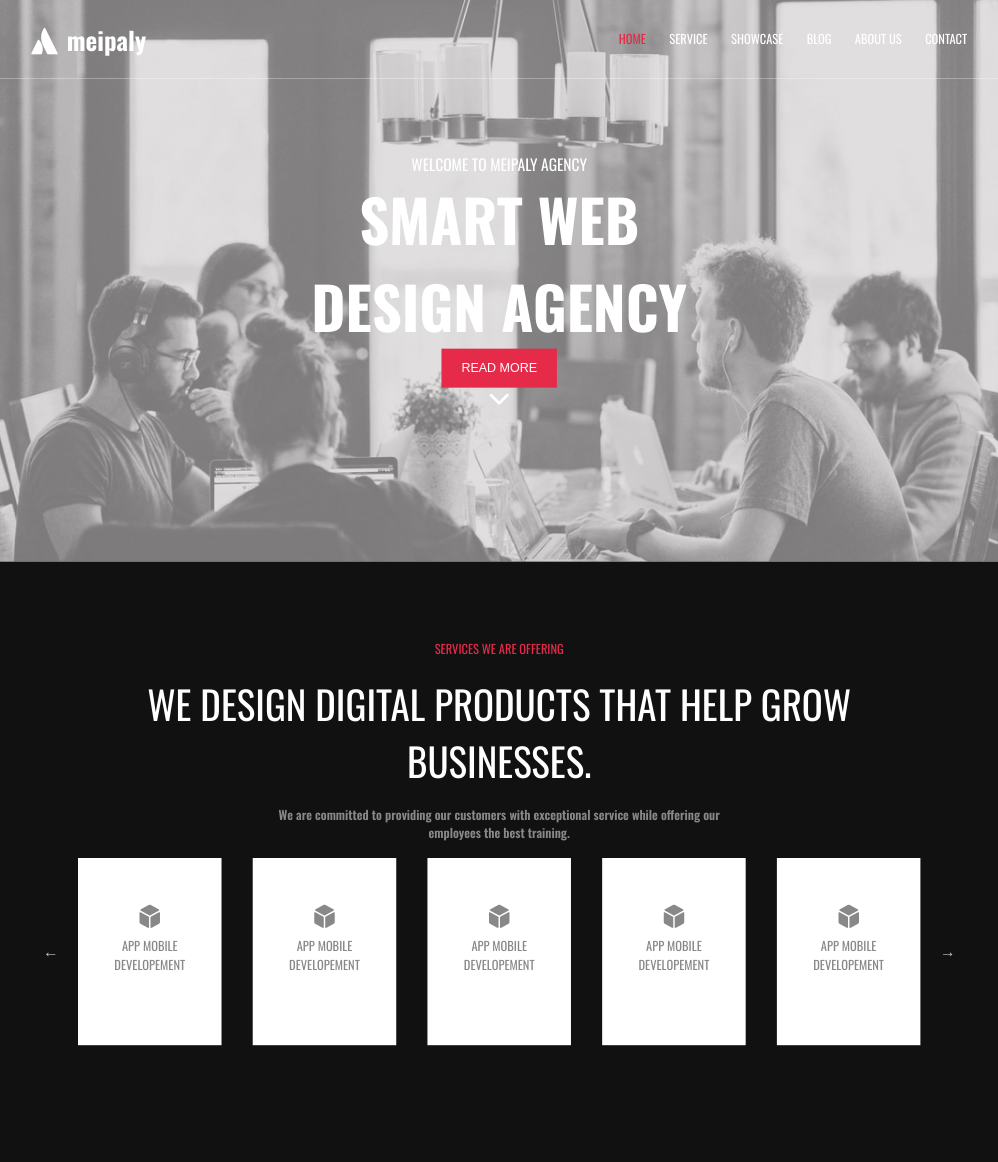
Repository: trminhphuc1504/meipaly
Page: meipaly.html
An editor plug-in stored every save of this project. The page is shown before and after the next save, followed by the edit.
The browser window is 1280 px wide. The pictures show the whole page, at 78% of full size.
Some web fonts or font styles are not loaded; a fallback is used. Some web libraries are served in a nearby version.

Above is the page before, as saved 2024-08-19 19:31:06.

### meipaly.html
<!DOCTYPE html>
<html lang="en">
  <head>
    <meta charset="UTF-8" />
    <meta name="viewport" content="width=device-width, initial-scale=1.0" />

    <!-- Font Awesome -->
    <link
      rel="stylesheet"
      href="https://cdnjs.cloudflare.com/ajax/libs/font-awesome/6.6.0/css/all.min.css"
    />

    <!-- Google font -->
    <link rel="preconnect" href="https://fonts.googleapis.com" />
    <link rel="preconnect" href="https://fonts.gstatic.com" crossorigin />
    <link
      href="https://fonts.googleapis.com/css2?family=Oswald:wght@200..700&display=swap"
      rel="stylesheet"
    />

    <!-- Slick CSS -->
    <link rel="stylesheet" href="./lib/slick/slick.css" />

    <!-- Slick CSS Theme -->
    <!-- Ko bắt buộc -->
    <link rel="stylesheet" href="./lib/slick/slick-theme.css" />

    <link rel="stylesheet" href="./css/meipaly.css" />
    <title>Meipaly</title>
  </head>
  <body>
    <!-- header -->
    <section id="header">
      <div class="container">
        <header>
          <div class="header-logo">
            <i class="fa-brands fa-atlassian"></i> <span>meipaly</span>
          </div>

          <nav class="header-nav">
            <ul>
              <li>
                <a class="active" href="#">Home</a>
              </li>
              <li>
                <a href="#">Service</a>
              </li>
              <li>
                <a href="#">Showcase</a>
              </li>
              <li>
                <a href="#">Blog</a>
              </li>
              <li>
                <a href="#">About Us</a>
              </li>
              <li>
                <a href="#">Contact</a>
              </li>
            </ul>
          </nav>
        </header>
      </div>
    </section>

    <!-- Banner -->
    <section id="banner">
      <div class="banner-content">
        <p class="banner-desc">WELCOME TO MEIPALY AGENCY</p>
        <h1 class="banner-title">
          SMART WEB <br />
          DESIGN AGENCY
        </h1>
        <button class="banner-btn">Read more</button>
        <i class="fa-solid fa-chevron-down banner-icon"></i>
      </div>
    </section>

    <!-- Carousel -->

    <section id="carousel">
      <div class="container">
        <div class="carousel-content">
          <div class="carousel-sub-title">SERVICES WE ARE OFFERING</div>
          <h2 class="carousel-title">
            WE DESIGN DIGITAL PRODUCTS THAT HELP GROW BUSINESSES.
          </h2>
          <p class="carousel-desc">
            We are committed to providing our customers with exceptional service
            while offering our employees the best training.
          </p>

          <div class="carousel-slider">
            <div class="carousel-slider-item">
              <div class="slider-content">
                <i class="fa-solid fa-dice-d6"></i>
                <p>App mobile developement</p>
              </div>
            </div>
            <div class="carousel-slider-item">
              <div class="slider-content">
                <i class="fa-solid fa-dice-d6"></i>
                <p>App mobile developement</p>
              </div>
            </div>
            <div class="carousel-slider-item">
              <div class="slider-content">
                <i class="fa-solid fa-dice-d6"></i>
                <p>App mobile developement</p>
              </div>
            </div>
            <div class="carousel-slider-item">
              <div class="slider-content">
                <i class="fa-solid fa-dice-d6"></i>
                <p>App mobile developement</p>
              </div>
            </div>
            <div class="carousel-slider-item">
              <div class="slider-content">
                <i class="fa-solid fa-dice-d6"></i>
                <p>App mobile developement</p>
              </div>
            </div>
            <div class="carousel-slider-item">
              <div class="slider-content">
                <i class="fa-solid fa-dice-d6"></i>
                <p>App mobile developement</p>
              </div>
            </div>
            <div class="carousel-slider-item">
              <div class="slider-content">
                <i class="fa-solid fa-dice-d6"></i>
                <p>App mobile developement</p>
              </div>
            </div>
            <div class="carousel-slider-item">
              <div class="slider-content">
                <i class="fa-solid fa-dice-d6"></i>
                <p>App mobile developement</p>
              </div>
            </div>
          </div>
        </div>
      </div>
    </section>

    <!-- JQuery -->
    <script src="./js/jquery-1.11.0.min.js"></script>

    <!-- Slick JS -->
    <script src="./lib/slick/slick.min.js"></script>

    <script>
      $(".carousel-slider").slick({
        // Chạy vòng tròn
        infinite: true,
        // Số lượng item hiển thị
        slidesToShow: 5,

        // Số lượng item thay đổi khi scroll
        slidesToScroll: 2,

        // Ẩn hiện mũi tên next or prev item
        arrows: true,

        // Tự động chuyển slider
        autoplay: false,

        // Thời gian chuyển slider item (đơn vị ms, 1s = 1000ms)
        autoplaySpeed: 2000,

        dots: true,
      });
    </script>
  </body>
</html>

### css/meipaly.css
/* reset css */
* {
margin: 0;
padding: 0;
box-sizing: border-box;
}

/* reset gạch chân mặc định của thẻ a  */
a{
    text-decoration: none;
}
html{
    font-family: "Oswald", sans-serif;
}

.container{
    max-width: 1200px;
    margin: auto;
    /* background: blue; */
}

/* --------------Header-------------- */
header{
    display: flex;
    justify-content: space-between;
    height: 100px;
    align-items: center;
}

#header{
    position: absolute;
    width: 100%;
    left: 0;
    top:0;
    border-bottom:1px solid rgba(255, 255, 255, 0.4);
}

header .header-logo{
    /* thay đổi hình dạng của con trỏ chuột */
    cursor:pointer ;
}

/* selector chọn những thẻ có class là header-logo nằm trong thẻ header */
header .header-logo span{
 font-size:32px;
 font-weight: 700;
 color:#fff;
 margin-left:  8px;
}

header .header-logo i{
    font-size:34px;
    color: #fff;
}

header .header-nav a{
    text-decoration: none;
    text-transform: uppercase;
    color: #fff;
    /* Xác định thuộc tính thay đổi */
    /* transition: all; */

    /* Thời gian thực hiện chuyển động thay đổi */
    /* transition-duration: 0.3s; */

    /* Hiệu ứng thay đổi */
    /* transition-timing-function: ease-in-out; */

    /* Cú pháp rút gọn */
    transition: all 0.3s ease-in-out;
}
/* hover: bắt sự kiện khi rê chuột vào thẻ a */
header .header-nav a:hover{
color: #e62b4a;
}
/* C1 */
/* header .header-nav li {
    display: inline;
    margin: 30px;
} */

/* C2: Sử dụng flex */
header .header-nav ul{
    /* bỏ đi đánh dấu của thẻ ul li */
    list-style: none;
    display: flex;
    /* chỉnh khoảng cách giữa các flex items */
    gap: 30px;
}
/* C1: thêm class active vào thẻ a ở file html */
/* Seclector tới thẻ a có class active nằm trong header-nav và trong header */
header .header-nav a.active{
    color: #e62b4a;
}

/* C2 */
/* Selector tới thẻ a trong thẻ con li đầu tiên của thẻ ul */
/* nth-child():lựa chọn tới thẻ con bất kì */
/* header .header-nav ul li:first-child{
    color: #e62b4a;
} */

#banner{
        /* Dùng hình ảnh để làm hình nền  */
        background:url(../img/home_slider.jpg);
        /*Tránh trường hợp lặp lại hình*/
        background-repeat: no-repeat;
        /* Chỉnh kích thước của hình nền */
        /* cover:chiếm hết toàn bộ kích thước của thẻ cha */
        /* contain: Giữ nguyên kích thước của hình*/
        background-size: cover;
        /* Chỉnh sửa vị trí của hình background */
        background-position: center;

        /* Cú pháp viết gọn */
        /* background:url(../img/home_slider.jpg) no-repeat center / cover; */
}



/* Banner */
/* Căn giữa nội dụng */
/* C1: flex box */
#banner .banner-content{
    display: flex;
    flex-direction: column;
    justify-content: center;
    align-items: center;
    height:100vh;
}

#banner .banner-content .banner-icon{
    color:#fff;
    font-size: 28px;

    /* Tên của animation đang muốn áp dụng vào */
    animation-name: fadeDown;

    /* Kiểu chuyển động của animation */
    animation-timing-function: linear;

    /* Thời gian thực hiện của animation */
    animation-duration: 1s;

    animation-fill-mode: both;

    /* Thời gian chờ trước khi animation đc thực hiện */
    animation-delay: 1s;

    /* Số lần animation đc thực hiện */
    animation-iteration-count: infinite;


    /* Cú pháp rút gọn: */
    /* animation:fadeDown 1s linear infinite; */
}

/* C2:Position */
/* #banner{
    position: relative;
} */

/* #banner .banner-content{
    position: absolute;
    top:50%;
    left:50%;
    transform: translate(-50%,-50%);
    margin-top:79px;
    text-align: center;
    background-color: #111;
} */

#banner .banner-content .banner-desc{
    color: white;
    font-size: 20px;

}

#banner .banner-content .banner-title{
    color: white;
    font-size: 75px;
    max-width: 500px;
    text-align: center;
}



#banner .banner-content .banner-btn{
    background-color: rgb(230, 43, 74);
    padding: 14px 24px;
    text-transform: uppercase;
    color: #fff;
    font-size: 16px;
    font-weight: 400;
    cursor: pointer;
    outline: none;
    border: 2px solid transparent;
    transition: all 0.3s ease-in-out;
}

#banner .banner-content .banner-btn:hover{
    /* Giá trị cuối cùng (alpha) từ 0-1 giá trị càng nhỏ thì càng đậm */
    /* background-color: rgb(230, 43, 74); */
    background: rgb(230, 43, 74 ,0.6);
}

/* Tạo animation */
/* @keyframe */
@keyframes fadeDown {
    from{
        /* thuộc tính của trang thái bắt đầu */
        opacity: 1;
        transform: translateY(0);
    }
    to{
        /* thuộc tính ở trạng thái khết thúc */
        opacity: 0;
        transform: translateY(50px);
    }
}


/* Carousel */
#carousel{
    padding: 100px 80px;
    background-color:#111;
}

#carousel .carousel-content {
    text-align: center;

}

#carousel .carousel-content .carousel-sub-title{
    color:#e62b4a
}

#carousel .carousel-content .carousel-title{
    font-size: 50px;
    font-weight: 400;
    color:#fff;
    padding: 20px 60px;
}

#carousel .carousel-content .carousel-desc{
    font-size: 16px;
    font-weight: 600;
    color: #888;
    /* padding: 0 60px; */
    /* Độ rộng lớn nhất 600px */
    max-width: 600px;
    /* Căn giữa */
    margin: auto;
}



#carousel .carousel-slider-item{
    padding:20px;
    /* background-color:#fff; */
    /* background:#fff; */
}

#carousel .carousel-slider-item .slider-content{
    padding: 60px 30px;
    background:#fff;
}


#carousel .carousel-slider-item p{
    height: 80px;

    text-transform: uppercase;
    color:#888888;
}

#carousel .carousel-slider-item i{
    font-size: 30px;
    color:#888888;
    margin-bottom:10px;
}

/* /ghi đè CSS thư viện slick */

Loaded but not shown: lib/slick/slick.css (common file); lib/slick/slick-theme.css (library); js/jquery-1.11.0.min.js (library); lib/slick/slick.min.js (library)

After the next save:
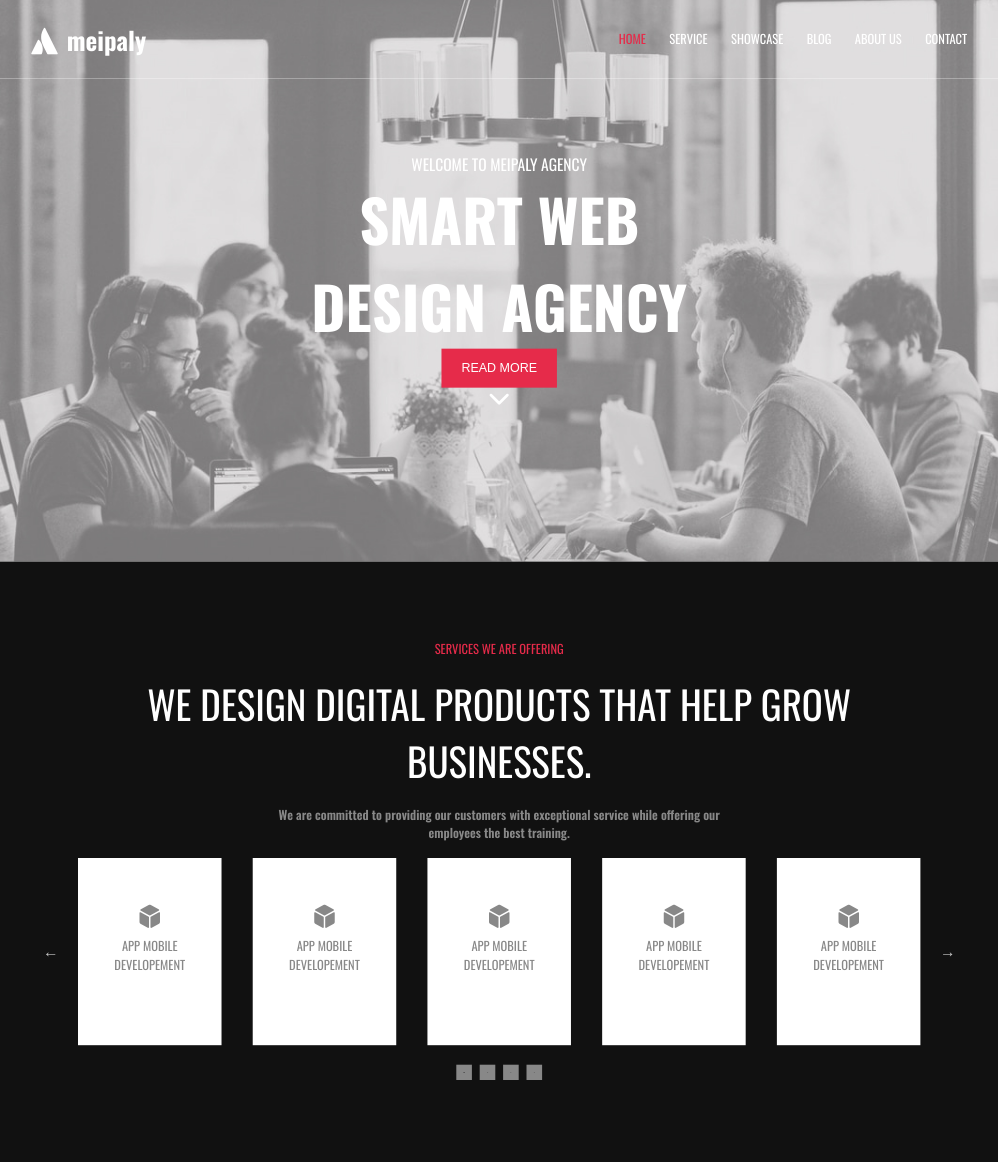
Saved 71 s later.
--- a/css/meipaly.css
+++ b/css/meipaly.css
@@ -281,3 +281,6 @@
 }
 
 /* /ghi đè CSS thư viện slick */
+.carousel-slider .slick-dots li button{
+    background:#888;
+}
